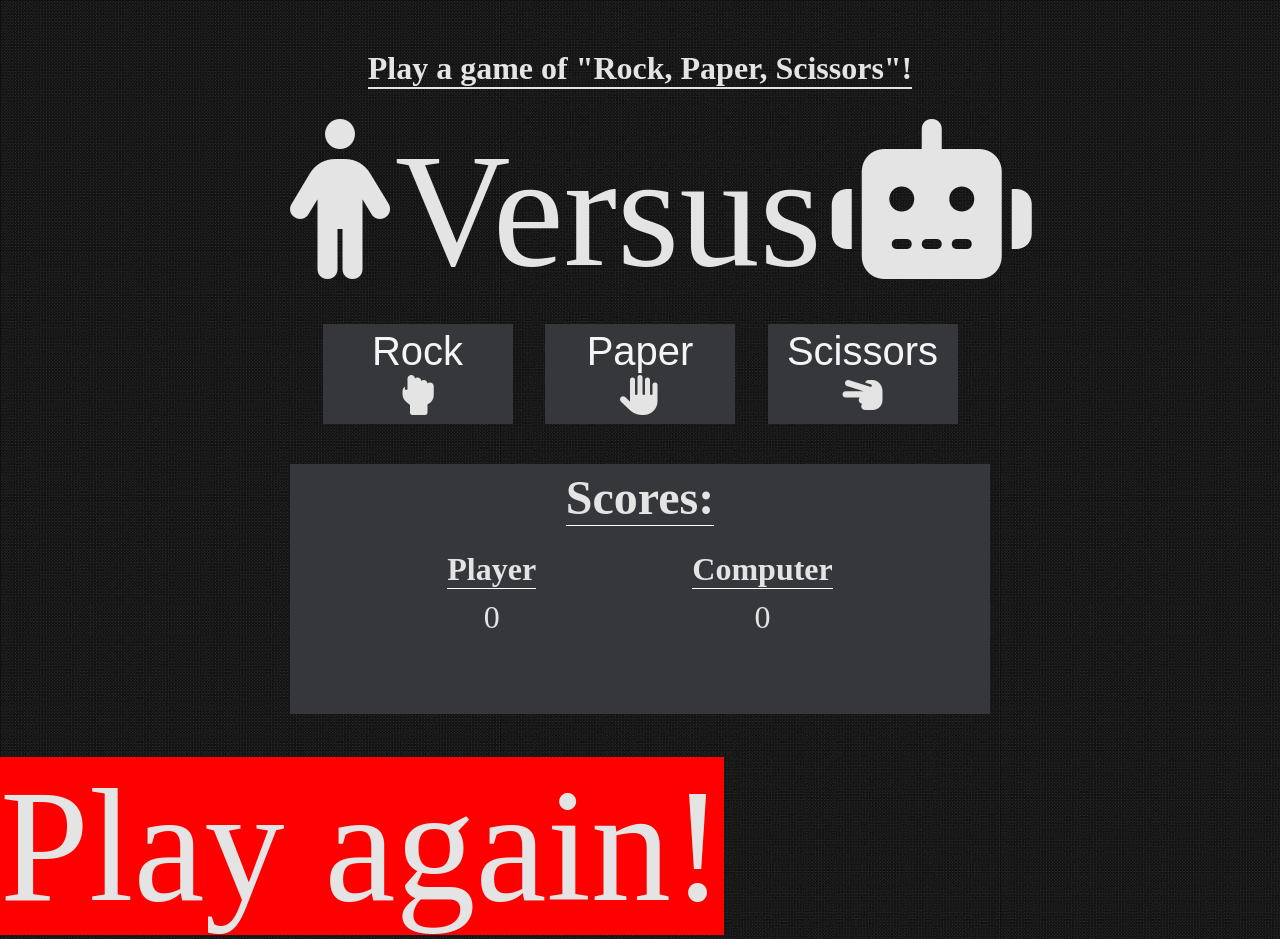
Repository: Pafestivo/rock-paper-scissors
Page: index.html
These files come from the project's save history. The page is drawn as it stood at one moment and after a run of saves; the edit follows.
The browser window is 1280 px wide. The pictures show the whole page.
Some web libraries are served in a nearby version.

Above is the page before, as saved 2022-10-15 11:56:20.

After the next 3 saves:
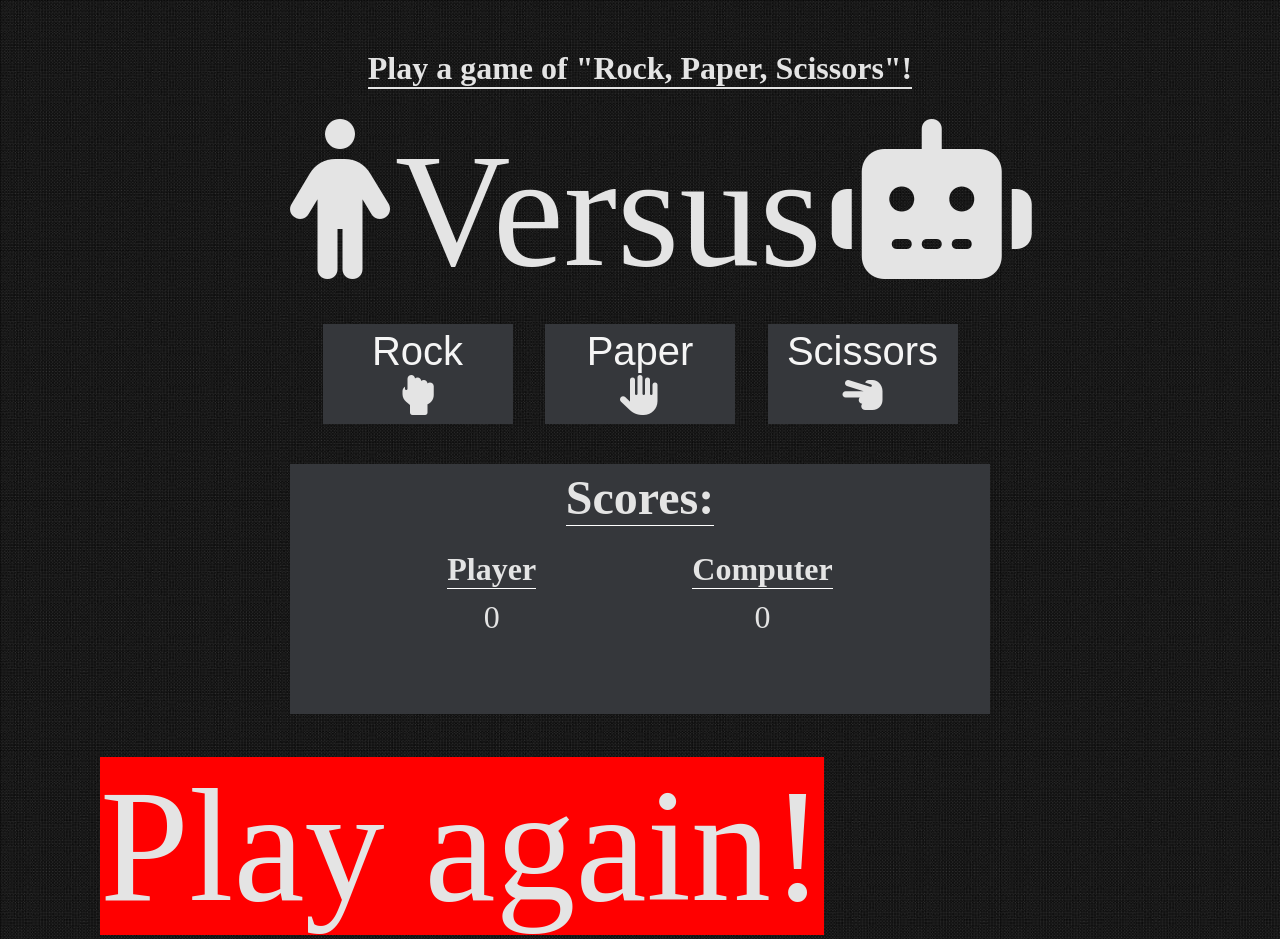
The 3 saves are shown as one change because they came seconds apart.
The last was saved 12 s later.
--- a/styles.css
+++ b/styles.css
@@ -135,6 +135,6 @@
 
 #play-again {
   font-size: 10em;
-  margin: 0 auto;
+  margin-left: 100px;
   background-color: red;
 }

After the save that followed:
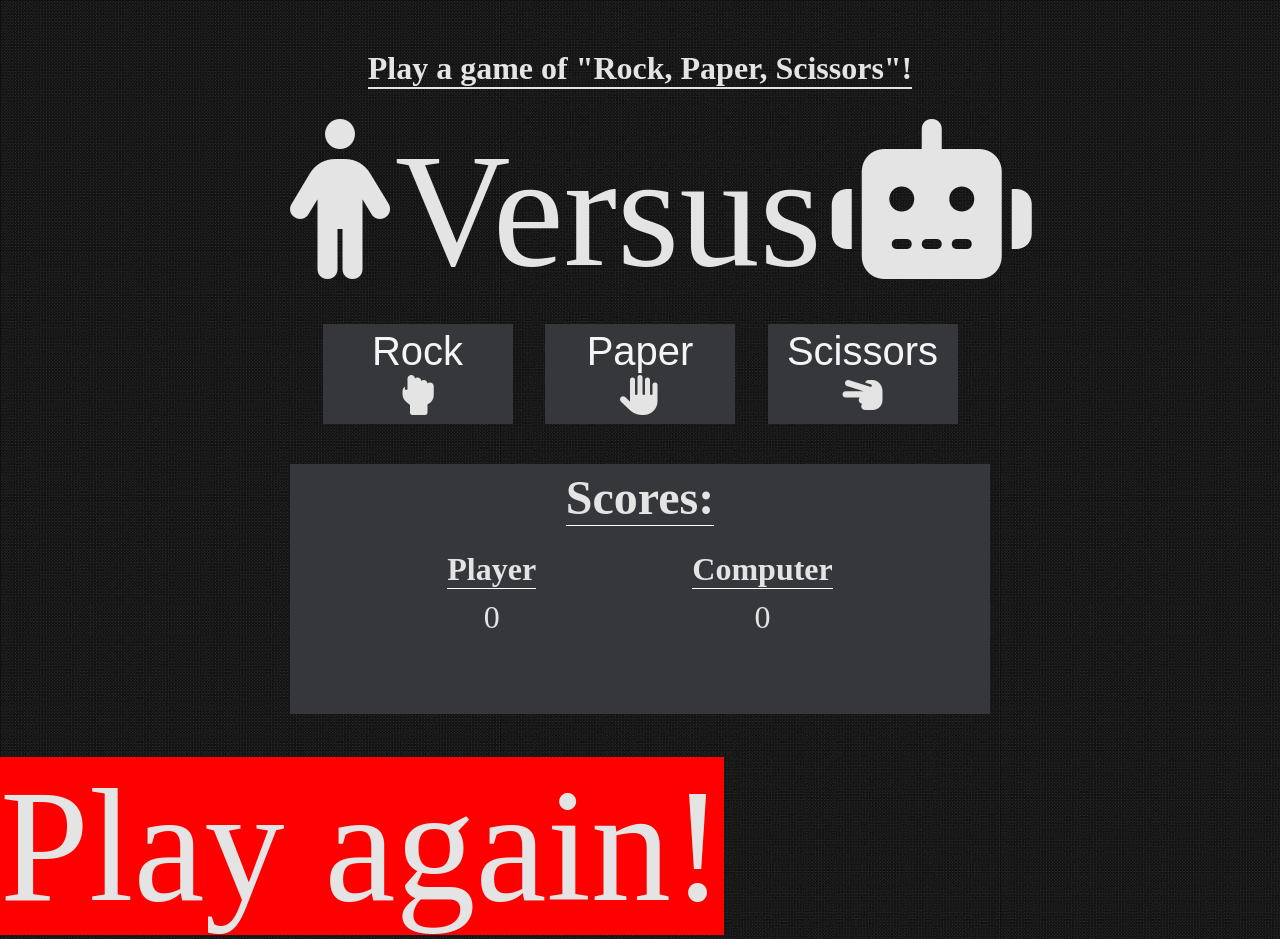
Saved 9 s later.
--- a/styles.css
+++ b/styles.css
@@ -135,6 +135,6 @@
 
 #play-again {
   font-size: 10em;
-  margin-left: 100px;
+  margin-right: 100px;
   background-color: red;
 }
